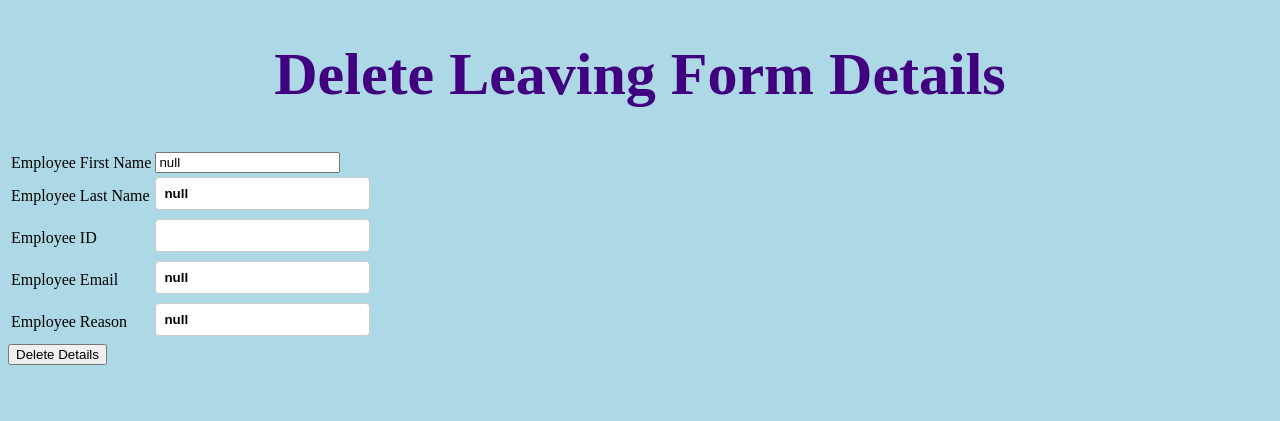
Repository: nishadi-s/Online-Staff-Management-System
Page: http://localhost/LeavingEmp/deleteEmp.jsp
These files come from the project's save history. The page is drawn as it stood at one moment and after the next save; the edit follows.
The browser window is 1280 px wide. The pictures show the whole page.
The page is served by Tomcat 9. Other server files are loaded and not shown.

Above is the page before, as saved 2023-10-24 12:16:45.

### LeavingEmp/src/main/webapp/deleteEmp.jsp
<%@ page language="java" contentType="text/html; charset=ISO-8859-1"
    pageEncoding="ISO-8859-1"%>
<!DOCTYPE html>
<html>
<head>
<meta charset="ISO-8859-1">
<title>Delete Details</title>
<link rel="stylesheet" href="deleteEmp.css">
</head>
<body>

<%
String f_name=request.getParameter("fname");
String l_name=request.getParameter("lname");
String u_id=request.getParameter("id");
String e_email=request.getParameter("eemail");
String e_reason=request.getParameter("ereason");
%>

<div class="header">
<h1>  Delete Leaving Form Details</h1>
</div>

<form action="delete" method= "post">
<table>
<tr>
<td>Employee First Name</td>
<td> <input type="text" name="fname" value="<%= f_name %>"readonly> </td>
</tr>

<tr>
<td>Employee Last Name</td>
<td> <input type="text" class="form-control" name="lname" value="<%= l_name %>"readonly> </td>
</tr>

<tr>
<td>Employee ID </td>
<td><input type="number" class="form-control"  name="id" value="<%= u_id %>"readonly></td>
 </tr>

 <tr>
<td>Employee Email </td>
<td><input type="email" class="form-control" name="eemail" value="<%= e_email %>"readonly> </td>
</tr>

<tr>
<td>Employee Reason</td>
<td> <input type="text" class="form-control" name="ereason" value="<%= e_reason %>"readonly> </td>
</tr>
</table>
<input type="submit" name="submit" value="Delete Details"> <br>

</form>

</body>
</html>

### LeavingEmp/src/main/webapp/deleteEmp.css
@charset "ISO-8859-1";


.form-container{
    max-width: 700px;
    margin: 0 auto;
    padding: 30px;
    background-color:#5F9EA0;
    border-radius: 10px;
  }

.header {
  padding: 0px;
  text-align: center;
  color: rgb(64, 0, 128);
  font-size: 30px;
}


  body {
  background-color: lightblue;
}

  /* Style form elements */
  .form-group {
    margin-bottom: 25px;
  }

  .form-label {
    display: block;
    font-weight: bold;
    margin-bottom: 5px;
  }

  .form-control {
    display: block;
    font-weight: bold;
    margin-bottom: 5px;
  }

  .form-control {
    width: 100%;
    padding: 8px;
    border: 1px solid #ccc;
    border-radius: 4px;
  }

  /* Style submit button */
  .btn-primary {
    background-color: #007bff;
    color: #fff;
    padding: 10px 20px;
    border: none;
    border-radius: 4px;
    cursor: pointer;
    font-size: 16px;
  }

  .btn-primary:hover {
    background-color: #0056b3;
  }

After the next save:
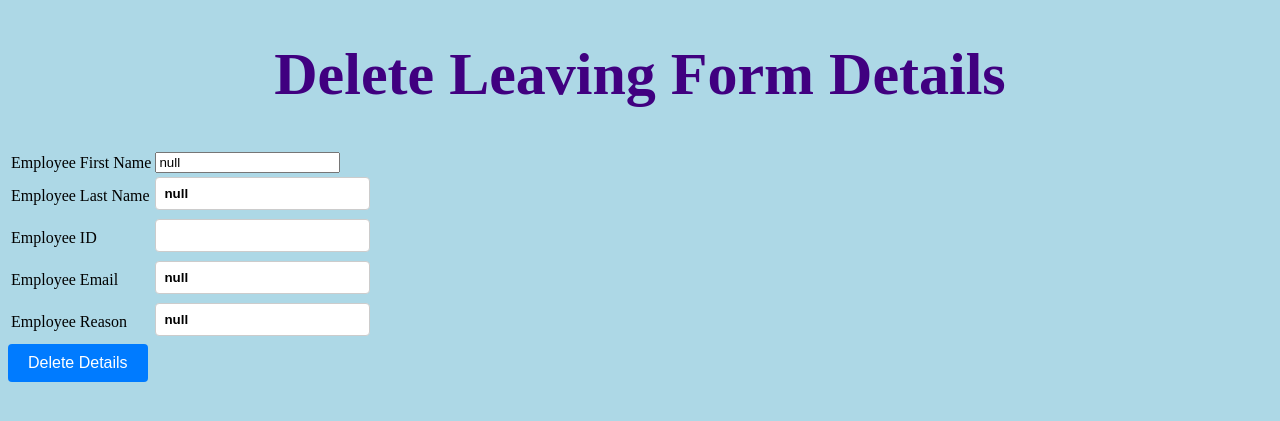
Saved 55 s later.
--- a/LeavingEmp/src/main/webapp/deleteEmp.jsp
+++ b/LeavingEmp/src/main/webapp/deleteEmp.jsp
@@ -48,7 +48,7 @@ String e_reason=request.getParameter("ereason");
 <td> <input type="text" class="form-control" name="ereason" value="<%= e_reason %>"readonly> </td>
 </tr>
 </table>
-<input type="submit" name="submit" value="Delete Details"> <br>
+<input type="submit" class="btn-primary"  name="submit" value="Delete Details"> <br>
 
 </form>
 
